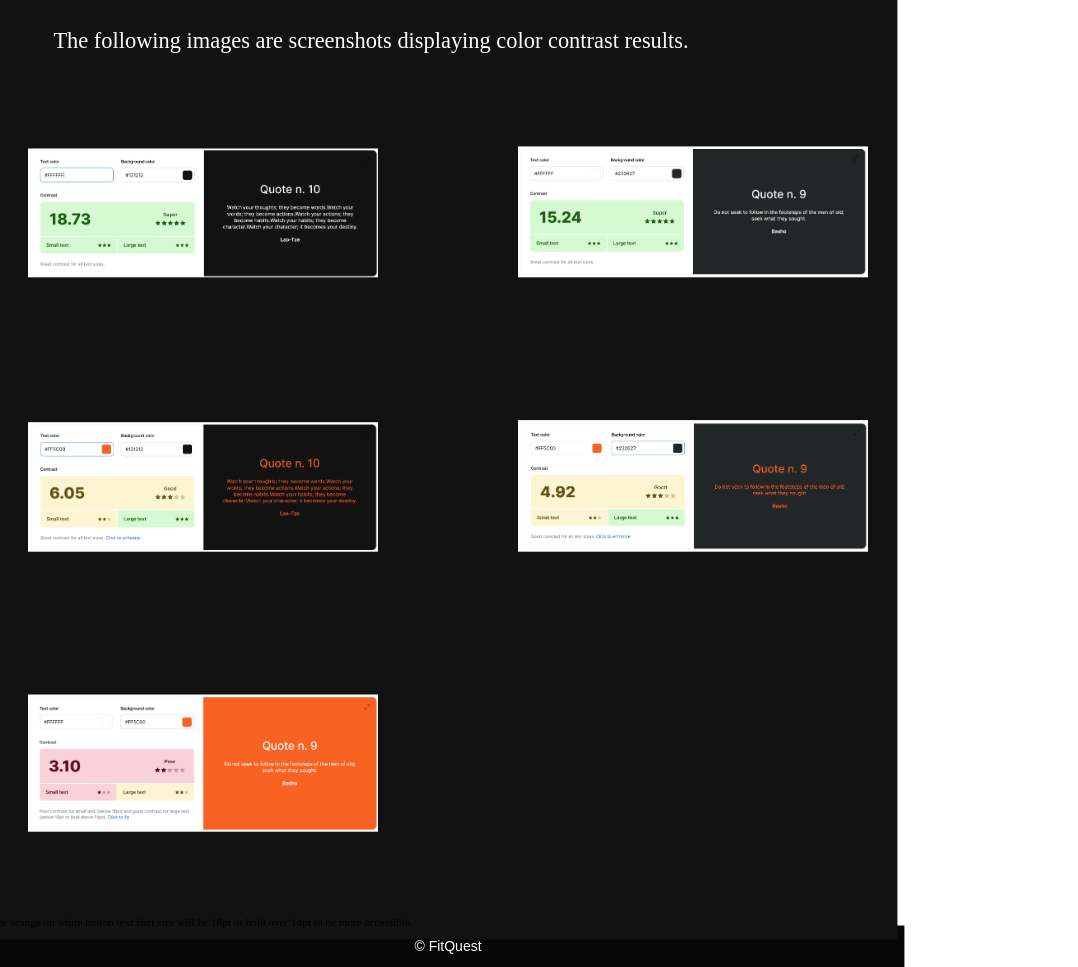
Repository: KyannaKrueger/a5styleguide
Page: /colors
These files come from the project's save history. The page is drawn as it stood at one moment and after a run of saves; the edit follows.
The browser window is 1280 px wide. The page is 1540 px wide, so the pictures cover 1540 px, including what lies to the right of the window. The pictures show the part of the page from y = 3083 to 4683 px (the page is 4465 px tall before and 4683 px after), at 70% of full size.
The project was rebuilt for these pictures with package versions that can differ from the ones it lists, and the page was loaded fresh each time. The framework's server and built-in components were replaced by stand-ins that run in the browser. Also part of the build but not shown: next.config.mjs.

Above is the page before, as saved 2024-04-09 12:20:55.

### pages/colors.js
import styles from "@/styles/colors.module.css";
import Header from "@/components/Header";
import Footer from "@/components/Footer";

export default function Colors() {
    return (
      <>
      <Header/>
        <main className={styles.colors}>
         <h1 className={styles.clrTitle}>Color palette </h1>
         <p className={styles.clrTxt}>The colors for FitQuest were carefully chosen with the app and its users in mind. We wanted to choose meaningful colors that were bright and energetic to encourage our users to workout using our app.</p>
         <div className={styles.swatchContainer}>
              <div className={styles.clrSwatch}>
                  <img src="/orangeSwatch.png" className={styles.swatch}/>
                  <h4>The Accent</h4>
                  <p>We selected orange as our accent color <br/> because it symbolizes energy, which is<br/> crucial for a fitness app. We opted for this <br/>vibrant shade of orange over other colors<br/> because its brightness distinguishes the app,<br/> serving as a powerful reminder and motivator<br/> for daily workouts. You can find this color<br/> in our action buttons and to highlight<br/> important parts of our app.</p>
              </div>
              <div className={styles.clrSwatch}>
                  <img src="/graySwatch.png" className={styles.swatch}/>
                  <h4>The Grey</h4>
                  <p>This shade of grey is an excellent color choice<br/> to compliment out accent color. This color is primarily<br/> used for buttons, and stand out against our <br/>dark mode background.</p>
              </div>
              <div className={styles.clrSwatchBlack}>
                  <img src="/subBlackSwatch.png" className={styles.swatch}/>
                  <h4>The False Black</h4>
                  <p>Pure black is a harsh color on the eyes, <br/> so we are substituting for a dark grey for our<br/> dark mode background, and our text color for light mode.<br/> Dark grey also serves to highlight the vibrant orange<br/> color and has a large contrast.</p>
              </div>
              <div className={styles.clrSwatchWhite}>
                  <img src="/whiteSwatch.png" className={styles.swatch}/>
                  <h4>The White</h4>
                  <p>White is our background color for light mode, <br/>and our text color for dark mode.</p>
              </div>
         </div>
         <h3 className={styles.clrSubOne}>Examples</h3>
         <p className={styles.exDescription}>The following images are examples of where our main colors are used appropriately in the app.</p>
         <div className={styles.clrExamples}>
                <img src="/colorExOne.png" className={styles.colorEx}/>
                <img src="/colorExTwo.png" className={styles.colorEx}/>
                <img src="/colorExThree.png" className={styles.colorEx}/>
          </div>
         <h3 className={styles.clrSubTwo}>Accessibility</h3>
         <p className={styles.acDescription}>The following images are screenshots displaying color contrast results. </p>
         <div className={styles.accessibleContainer}>
          <img src="/newWB.png" className={styles.accessiblePic}/>
          <img src="/accessibleGW.png" className={styles.accessiblePic}/>
          <img src="/newOB.png" className={styles.accessiblePic}/>
          <img src="/accessibleOG.png" className={styles.accessiblePic}/>
          <img src="/accessibleWO.png" className={styles.accessiblePic}/>
          <p>NOTE: the orange on white button text font size will be 18pt or bold over 14pt to be more accessible.</p>
         </div>
        </main>
        <Footer/>
      </>
    );
  }

### styles/colors.module.css
.colors {
    display: flex;
    flex-direction: column;
    align-items: center;
    text-align: left;
    padding: 6rem;
    min-height: 90vh;
    background-color: #121212;
    margin:-10px;
    padding: 0px;
    font-family: SF pro;
    position: relative;
  }

  .clrTitle{
    color: #ff5c00;
    margin-left: -1050px;
    margin-bottom: -16px;
    margin-top: 100px;
    font-size: 40px;
  }

  .clrTxt {
    color:#fff;
    font-family: SF pro;
    font-size: 32px;
    padding: 80px;
    margin-top: -30px;
    margin-left: 60px;
  }

  .swatch {
    width:300px;
    transform: scale(1);
    transition: transform 0.5s ease-in-out;
  }

  .swatch:hover {
    width:300px;
    transform: scale(1.1);
    transition: transform 0.5s ease-in-out;
  }

 .swatchContainer {
  display: flex;
  flex-direction: row;
  flex-wrap: wrap;
  text-align: center;
  margin-left: 360px;
 }

 .clrSwatch {
  color: #fff;
  font-size: 20px;
  margin-right: 120px;
 }

 .clrSwatchBlack {
  color: #fff;
  font-size: 20px;
  margin-right: 120px;
  margin-left: -40px;
  margin-top: 40px;
 }

 .clrSwatchWhite {
  color: #fff;
  font-size: 20px;
  margin-left: 10px;
  margin-top: 40px;
 }

 .clrSubOne {
  color: #ff5c00;
  text-align: left;
  margin-left: -1040px;
  margin-top: 100px;
  font-size: 40px;
 }

 .clrSubTwo {
  color: #ff5c00;
  text-align: left;
  margin-left: -950px;
  font-size: 40px;
 }

 .clrExamples {
  display: flex;
  margin-left: 80px;
}

.exDescription {
  color:#fff;
  margin-left: 40px;
  font-size: 32px;
}

.colorEx {
  width: auto;
  height: 400px;
  margin: 40px;
  transform: scale(1);
  transition: transform 0.5s ease-in-out;
}

.colorEx:hover {
  transform: scale(1.2);
}

.acDescription {
  color:#fff;
  margin-left: -220px;
  font-size: 32px;
}

.accessibleContainer {
  width: 1600px;
  margin-left: 200px;
}

.accessiblePic {
  width: 500px;
  padding: 100px;
  transform: scale(1);
  transition: transform 0.5s ease-in-out;
}

.accessiblePic:hover {
  transform: scale(1.2);
  transition: transform 0.5s ease-in-out;
}

### components/Header/index.js
import styles from './header.module.css';
import Link from 'next/link';

export default function Header() {
  return (
    <>
      <main className={styles.header}>
        <div className={styles.logoContainer}>
          <Link href="/">
            <img src="/fQDarkLogo.svg" className={styles.logo} alt="FitQuest Logo" />
          </Link>
        </div>
        <nav className={styles.navBarContainer}>
          <ul className={styles.navBar}>
            <li className={styles.navItem}>
              <Link href="/" className={styles.headLink}>
                Home
              </Link>
            </li>
            <li className={styles.navItem}>
              <Link href="/colors" className={styles.headLink}>
                Colors
              </Link>
            </li>
            <li className={styles.navItem}>
              <Link href="/graphics" className={styles.headLink}>
                Graphics
              </Link>
            </li>
            <li className={styles.navItem}>
              <Link href="/logo" className={styles.headLink}>
                Logo
              </Link>
            </li>
            <li className={styles.navItem}>
              <Link href="/typography" className={styles.headLink}>
                Typography
              </Link>
            </li>
          </ul>
        </nav>
      </main>
    </>
  );
}

### components/Footer/index.js
import styles from './footer.module.css';

export default function Footer() {
  return (
    <>
      <main className={styles.footer}>
      <p className={styles.rights}>© FitQuest</p>
      </main>
    </>
  );
}

### components/Header/header.module.css
.header {
        background-color: #000005;
        color: #fff;
        font-family: 'Lucida Sans', 'Lucida Sans Regular', 'Lucida Grande', 'Lucida Sans Unicode', Geneva, Verdana, sans-serif;
        font-size: 24px;
        height: 140px;
        display: flex;
        justify-content: space-between;
        align-items: center;
        margin: -20px;
      }

      .logoContainer {
        margin-left: 40px;
      }

      .logo {
        width: 200px;
        height: auto;
      }

      .navBarContainer {
        margin-right: 40px;
      }

      .navBar {
        list-style-type: none;
        display: flex;
        justify-content: flex-end;
        padding: 0;
        margin: 0;
      }

      .navItem {
        padding: 0 10px;
      }

      .headLink {
        color: #fff;
        text-decoration: none;
        font-family: 'SF Pro', sans-serif;
      }

      .headLink:hover {
        color: #FF5C00;
      }

### components/Footer/footer.module.css
.footer {
  background-color: #070707;
  height: 60px;
  display: flex;
  justify-content: flex-start;
  flex-direction: row;
  align-items: center;
  margin:-20px;
  }

.rights {
  color: #fff;
  font-size: 20px;
  font-family: Arial, Helvetica, sans-serif;
  margin: auto;
}

Loaded but not shown: pages/_app.js (common file); pages/_document.js (common file); styles/globals.css (common file)

After the next 2 saves:
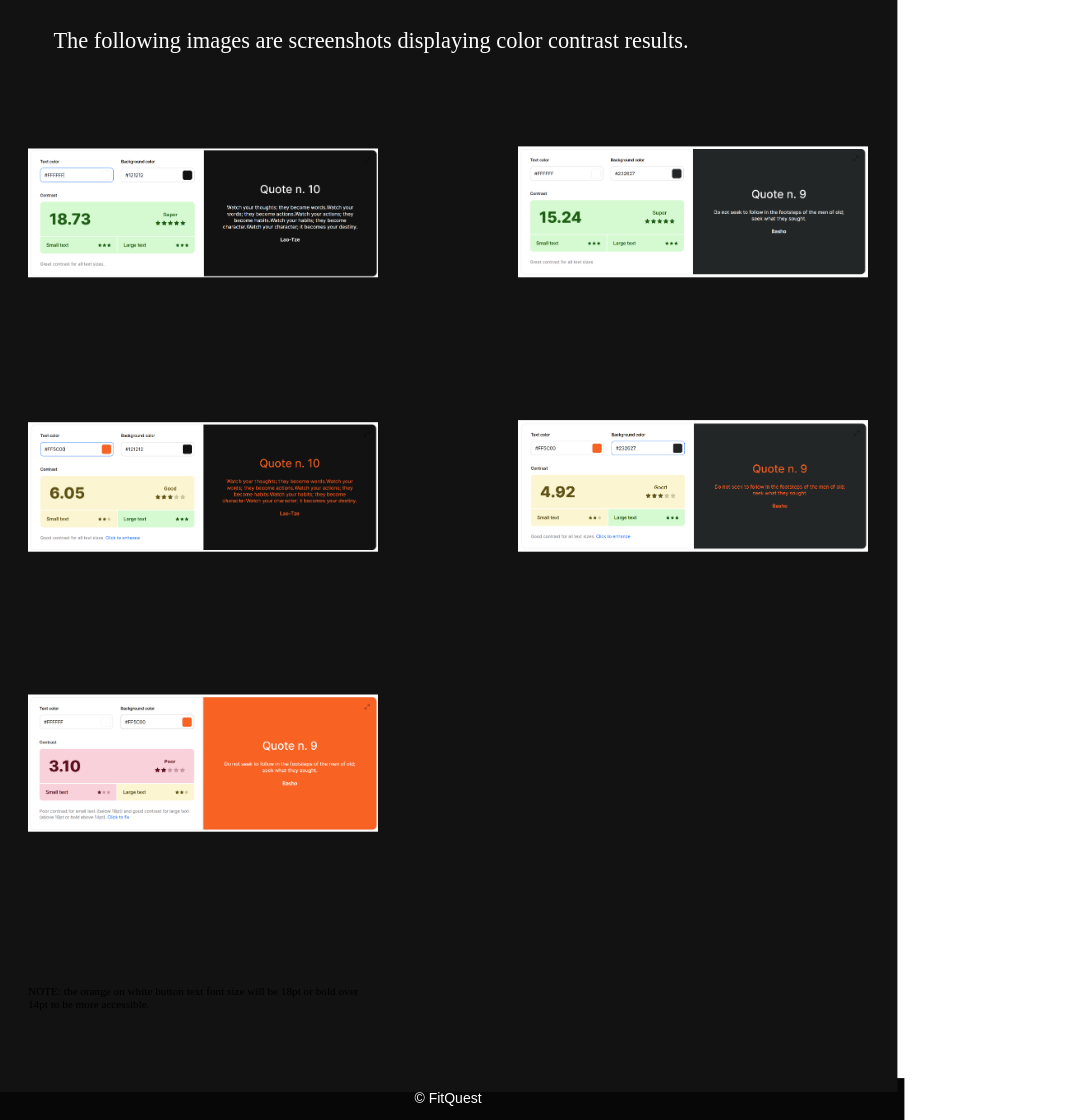
The 2 saves are shown as one change because 1 did not build or start.
The last was saved 43 s later.
--- a/pages/colors.js
+++ b/pages/colors.js
@@ -46,7 +46,7 @@
           <img src="/newOB.png" className={styles.accessiblePic}/>
           <img src="/accessibleOG.png" className={styles.accessiblePic}/>
           <img src="/accessibleWO.png" className={styles.accessiblePic}/>
-          <p>NOTE: the orange on white button text font size will be 18pt or bold over 14pt to be more accessible.</p>
+          <p className={styles.accessiblePic}>NOTE: the orange on white button text font size will be 18pt or bold over 14pt to be more accessible.</p>
          </div>
         </main>
         <Footer/>

After the save that followed:
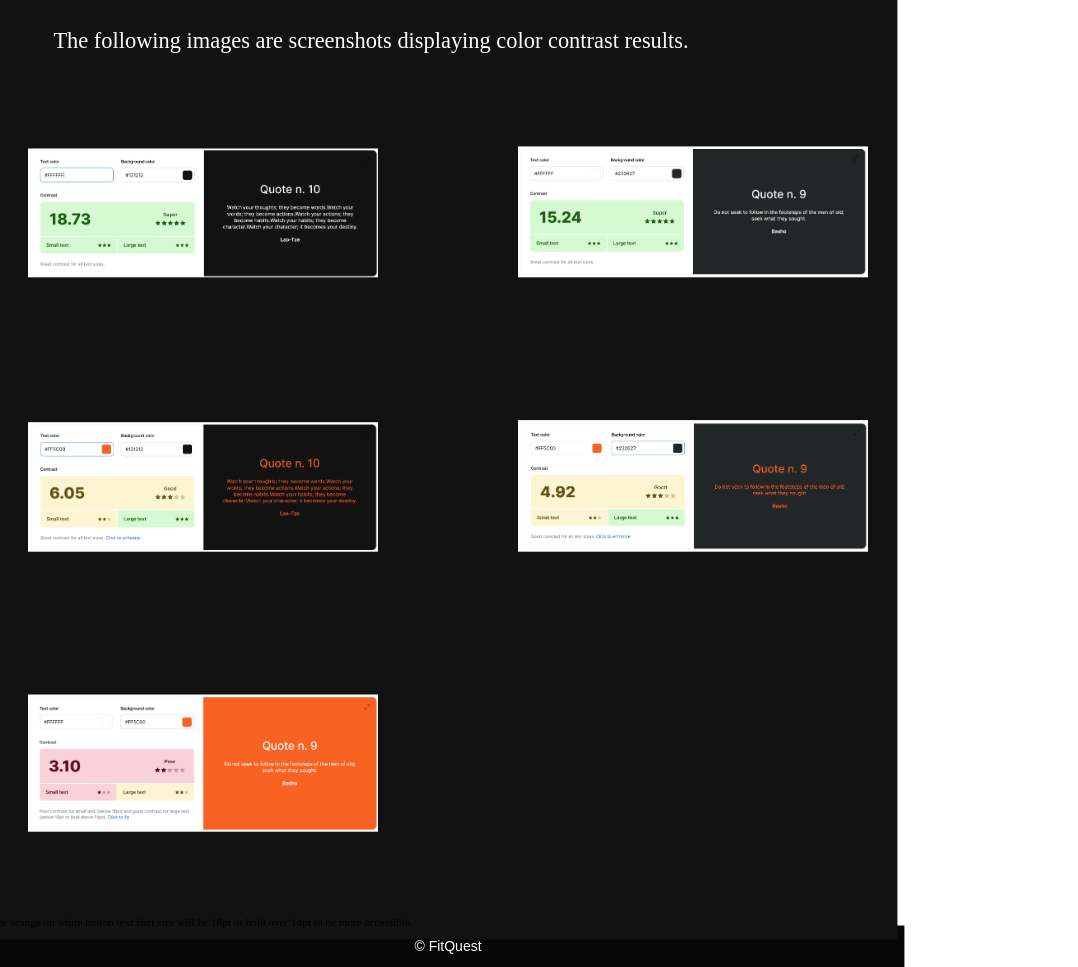
Saved 10 s later.
--- a/pages/colors.js
+++ b/pages/colors.js
@@ -46,7 +46,7 @@
           <img src="/newOB.png" className={styles.accessiblePic}/>
           <img src="/accessibleOG.png" className={styles.accessiblePic}/>
           <img src="/accessibleWO.png" className={styles.accessiblePic}/>
-          <p className={styles.accessiblePic}>NOTE: the orange on white button text font size will be 18pt or bold over 14pt to be more accessible.</p>
+          <p className={styles.accessibleP}>NOTE: the orange on white button text font size will be 18pt or bold over 14pt to be more accessible.</p>
          </div>
         </main>
         <Footer/>
